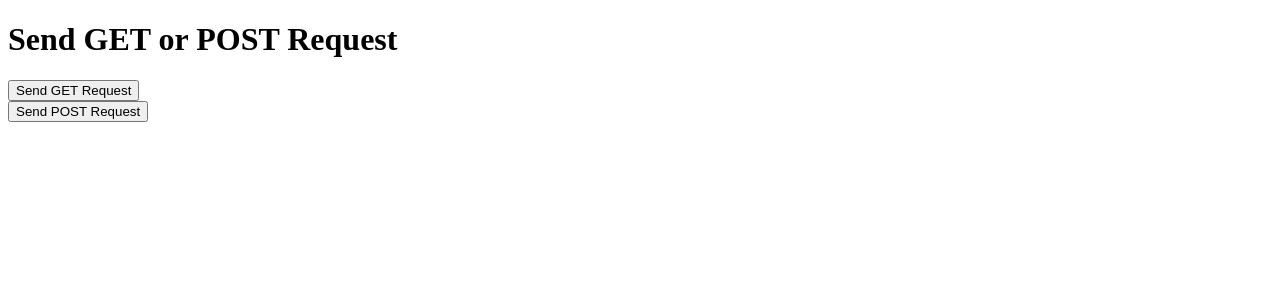
Repository: nishigandha1234/Advanced-Java-Projects
Page: 1- Starting J2EE/dogetdopost/src/main/webapp/test.html
An editor plug-in stored every save of this project. The page is shown before and after the next save, followed by the edit.
The browser window is 1280 px wide. The pictures show the whole page.

Above is the page before, as saved 2025-11-06 18:23:17.

After the next save:
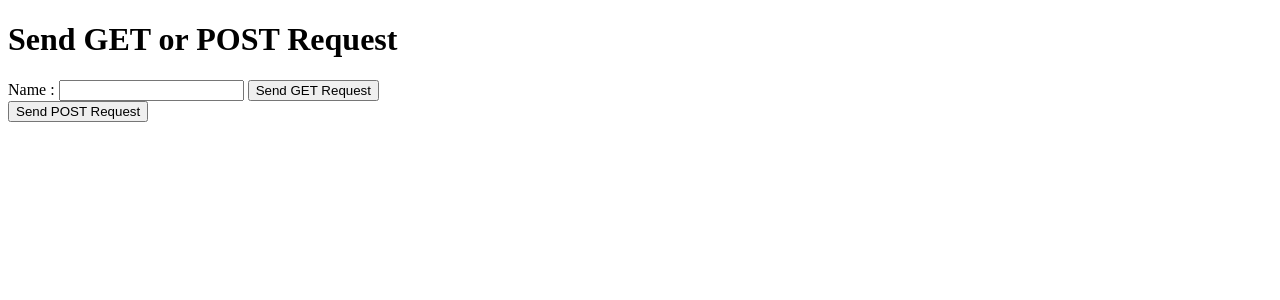
Saved 2 min 29 s later.
--- a/1- Starting J2EE/dogetdopost/src/main/webapp/test.html
+++ b/1- Starting J2EE/dogetdopost/src/main/webapp/test.html
@@ -8,6 +8,7 @@
 <h1>Send GET or POST Request</h1>
 
 <form action="doGetPost" method="get">
+	 Name : <input type="text" name="name">
     <input type="submit" value="Send GET Request">
 </form>
 
